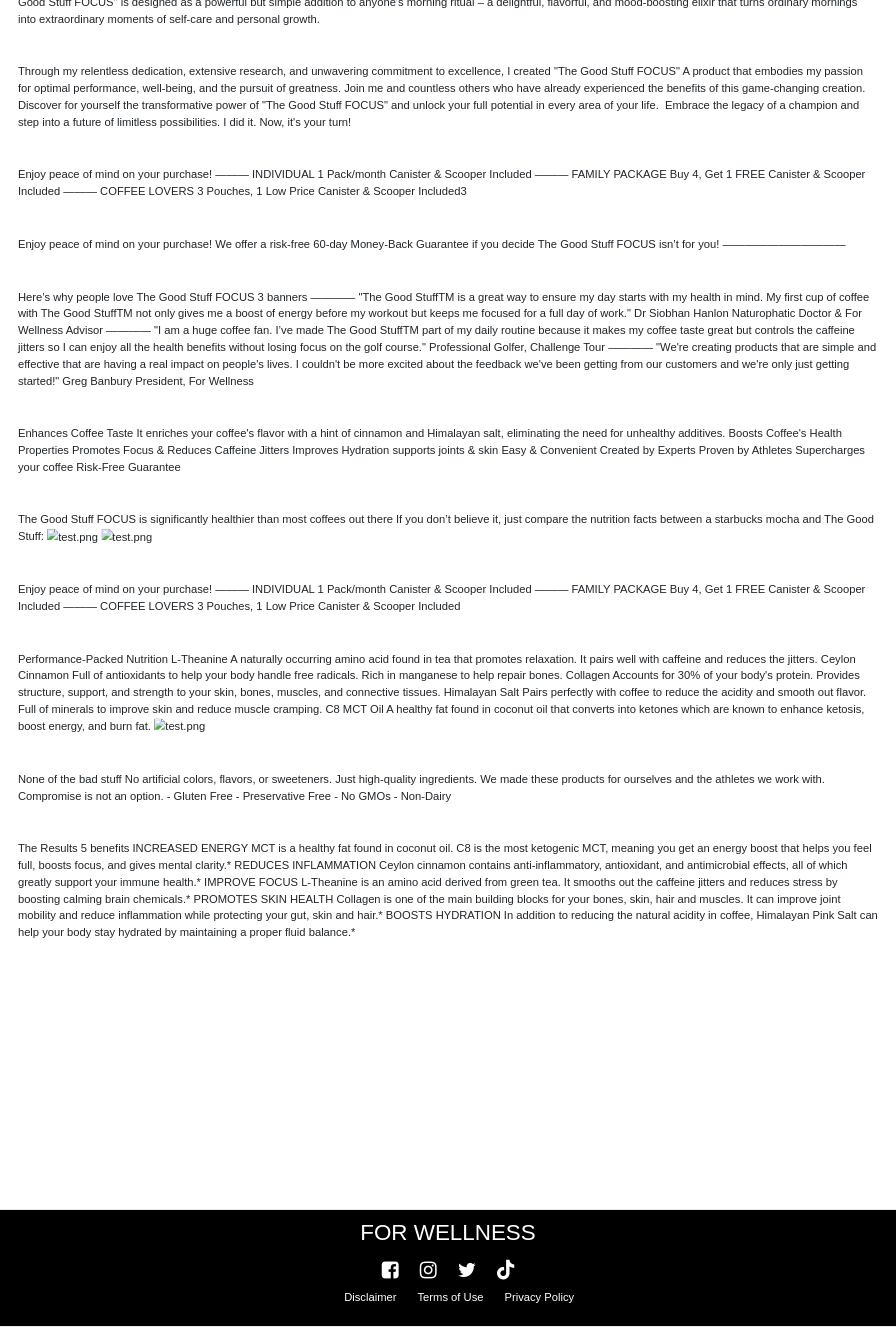
Repository: dariusprince90/wellness-landing
Page: index.html
The author's editor kept a copy of each file at every save. The page is drawn from the files as they stood at one save, then again after the next save.
The browser window is 1280 px wide. The pictures show the part of the page from y = 2778 to 4698 px (the page is 4673 px tall before and 4698 px after), at 70% of full size.

Above is the page before, as saved 2023-07-26 10:30:12.

### index.html
<!doctype html>
<html lang="en">

<head>
  <title>For Wellness Store</title>
  <!-- Required meta tags -->
  <meta charset="utf-8">
  <meta name="viewport" content="width=device-width, initial-scale=1, shrink-to-fit=no">

  <!-- Bootstrap CSS v5.2.1 -->
  <link href="https://cdn.jsdelivr.net/npm/bootstrap@5.2.1/dist/css/bootstrap.min.css" rel="stylesheet"
    integrity="sha384-iYQeCzEYFbKjA/T2uDLTpkwGzCiq6soy8tYaI1GyVh/UjpbCx/TYkiZhlZB6+fzT" crossorigin="anonymous">
    <link rel="stylesheet" href="https://cdnjs.cloudflare.com/ajax/libs/font-awesome/6.4.0/css/all.min.css" integrity="sha512-iecdLmaskl7CVkqkXNQ/ZH/XLlvWZOJyj7Yy7tcenmpD1ypASozpmT/E0iPtmFIB46ZmdtAc9eNBvH0H/ZpiBw==" crossorigin="anonymous" referrerpolicy="no-referrer" />
    <link rel="stylesheet" href="https://maxcdn.bootstrapcdn.com/font-awesome/4.7.0/css/font-awesome.min.css">
    <link rel="stylesheet" href="css/styles.css">


</head>

<body>
  <header>
    Urgent News for Coffee Lovers Across America

  </header>
  <main>

    <section class="s-001-text">

        The Healthy Coffee Creamer that will completely elevate your morning routine.


Could this decadent mocha creamer be the
secret to better Aging, Improved Energy Levels, and a Healthier Body Composition?


1st sales banners

Boosts Energy
and Burns Fat

Boost Focus,
Feel Fuller, and Obtain Mental Clarity


Supercharges the Natural Health Benefits of Your Coffee


Supports Joints,
Skin, and
Hair Health

    </section>
<br/>
<br/>

    <section class="s-002-text">

        “I can't believe this is actually good for me!”

- I shouted out after my first cup of The Good Stuff FOCUS...


———————————
If you're anything like me, you understand the sheer joy of that perfect cup of morning coffee, complete with a generous scoop of sugar and cream.

The aroma fills the air, that first sip tantalizes your taste buds, and a warm rush of satisfaction washes over you.

It's a routine we can all relate to, isn't it?

Now, when it comes to creamers, my weakness has always been those with a cocoa or chocolate flavor.

It takes that already divine experience and elevates it to new heights of indulgence.
    </section>

    <section class="s-003-text">

        But here's the catch—I've always felt a twinge of guilt
when giving in to my sweet tooth and adding those
extra scoops of cream and sugar to my coffee...

    </section>
    <section class="s-004-text">
        Deep down, I knew it wasn't the healthiest choice, yet I found myself doing it almost every morning

———————————


About a year ago, as I glanced at the scale, I realized it was time for a major change.

Despite considering myself fairly healthy, working out three times a week and making smarter food choices like opting for sweet potato fries over regular ones, I still couldn't shake off that stubborn belly fat and flabby arms.

It puzzled me.

How could I be putting in the effort to stay healthy but still struggle with 20-30 pounds of excess weight?

———————————


For as long as I can remember, my routine involved jogging to Starbucks in Naperville each morning, treating myself to either a grande Java Chip Frappuccino or a Venti Cafe Mocha as a reward for completing my run.

I always assumed these drinks were relatively healthy, no different from the coffee I made at home with cream and sugar.

That illusion shattered when I stumbled upon a Facebook post from one of my fit friends, exposing the alarming sugar content in Starbucks drinks.

Naturally, I was skeptical at first, but curiosity got the better of me. I visited Starbucks' website, and there it was—the nutrition label, revealing a shocking truth.
    </section>
    <section class="s-005-text">
        <img src=""/ alt="test.png">
        <img src=""/ alt="test.png">

    </section>
    <section class="s-006-text">
        I'm no nutritionist or personal trainer, but even I could see the red flags: nearly 60 grams of sugar, over 400 calories per drink, and a laundry list of unrecognizable ingredients like Xanthan Gum, Palm Kernel Oil, and Processed Alkali.

It was a wake-up call.

I realized my health was gradually deteriorating, and there was a reason I couldn't shed that stubborn belly fat, or as I affectionately called it, my built-in flotation device.
———————————


But it wasn't just the weight gain—I began noticing
random bumps and wrinkles on my skin, and my hair
seemed to be thinning by the month.
———————————


Aging, I thought, until I considered the possibility that there might be more to it.

Refusing to accept my fate of carrying around those extra pounds and experiencing premature aging, I embarked on a mission to find a solution.

I scoured the internet for a way to maintain my beloved chocolate coffee morning routine without compromising two things:
———————————


The 2 buttons

The delicious taste of my coffee

And my overall well-being
    </section>

    <section class="s-007-text">

After days of intensive research,
I stumbled upon a unique product
called "The Good Stuff FOCUS"


Created by none other than professional golfer Phil Mickelson and his long-term friend and elite performance coach, Dave Phillips.

It promised to be a healthy alternative to the additional 500 calories
I was consuming each morning in my coffee.

Curiosity piqued, I decided to take the plunge and ordered a
bag—and let me tell you,

I haven't looked back since.



Dave PhillipsElite Performance Coach
& For Wellness Co-founder
    </section>

    <section class="s-008-text">
        <img src="" alt="test.png"/>
        <img src="" alt="test.png"/>
        <img src="" alt="test.png"/>

        The results have been astounding!

3 banners

My productivity has
drastically improved…

My workouts are stronger
and more efficient..

My daily energy has
noticeably improved.

The best part?

I didn't have to sacrifice the heavenly taste I love
in order to become healthier!

It's a win-win situation that has me hooked for life.

    </section>
    <section class="s-009-text">
        <img src="" alt="test.png"/>
    </section>
    <section class="s-010-text">
        We hear stories like this all the time from our customers and
I’d like to dive a bit deeper into


Why The Good Stuff™ FOCUS is such a powerful
tool when it comes to optimizing health, focus,
and a better quality of life


Before I share with you a bit more about
The Good Stuff™ FOCUS, I’d like to tell you a little bit about me and why I created this life changing product that has propelled me to:

3 benefits

Take my health from getting sick every couple of months to 100%

Achieve tied 2nd place at the Masters tournament this year, at the age of 52 (17 years older than the first place winner!)


Feel the best I have in years

And so much more.

<img src="" alt="test.png"/>
Phil MickelsonElite Performance Coach
& For Wellness Co-founder
    </section>

    <section class="s-011-text">
        Hey there, I'm Phil Mickelson
        <img src="" alt="test.png"/>

If you're a fan of professional golf, chances are you've heard my name before.

But for those who don't know me, let me introduce myself.

I've dedicated most of my life to playing golf at the highest level, constantly striving for greatness and pushing my limits.

Throughout my journey, I've accomplished some incredible feats with the help of hard work and an incredible support system.

I take pride in being a three-time Masters tournament champion, along with clinching victory in 42 other major PGA Tour events, including being the oldest winner of the PGA Championship at the age of 51 in 2021.

Of course, there have been moments of near-misses and runner-ups, but that's all part of the game.

However, there's more to my story than golf championships.

    </section>


    <section class="s-012-text">
        I've undergone a personal transformation
that has had a profound impact on my life

It all started with a realization that I needed to take accountability for my own health if
I wanted any chance at longevity in my golf career.

This sparked my desire to share my journey and help others unlock their full potential.

And that's how For Wellness came to be—a company with a mission to ignite holistic improvement, not just in performance, but in overall well-being.
    </section>

    <section class="s-013-text">
        But let me take you back to a critical moment
in my life, around 13 years ago.

At the time, I was at the pinnacle of my career.

On the surface, it seemed like I had it all—a promising golfing future and a path to winning my third Masters title.

But behind the scenes, something sinister was brewing.

Every 2-3 months I would fall incredibly ill seemingly out of nowhere.

It was a terrifying situation that sent me searching for answers.
———————————

Following countless doctor visits and consultations with world renowned medical specialists we discovered that my immune system was under attack due to a major imbalance in my Th1 and Th2 cells.

This was following my diagnosis of psoriatic arthritis which was a major issue given that I rely on my body and health in order to keep living out my passions.

———————————

Now, if you're unfamiliar with psoriatic arthritis, consider yourself fortunate.

Psoriatic arthritis is an agonizing autoimmune disease, in which your body's immune system attacks healthy cells and tissue, causing inflammation in your joints.

Not only is it extremely painful, but psoriatic arthritis also causes stiffness in joints.

As a professional sportsman, my entire career, everything I'd spent decades working toward, was in jeopardy.


It was a life-altering moment that forced me
to confront my health head-on.

———————————

But I wasn't ready to let my condition dictate my future.

I embarked on a relentless quest to find a solution, exploring various treatments and seeking advice from top specialists.

It was during this journey that I discovered the power of holistic approaches to wellness—combining the right nutrition, lifestyle adjustments, and targeted support for my body's needs.

The biggest factor that we discovered in my case was that I needed to increase my Th2 cell production.


    </section>


    <section class="s-014-text">
        Driven by my own experiences and the desire to help others
facing similar challenges,


I became determined to create a product
that could enhance not only performance but overall well-being


I consulted my close friend and renowned performance coach Dave Phillips. He’s long been an advocate for the health benefits of coffee, and he whipped up what would go on to become The Good Stuff™, the first iteration of our super-powered super powder designed to help and feel your best.

Dave literally came up with this blend while experimenting in his kitchen and came up with something truly life-changing. After the success of The Good Stuff™, we started thinking about what other utility we wanted from our coffee, to help people get not only the best from their bodies, but from their minds as well.

Dave Phillips & Elite Performance Coach
& For Wellness Co-founder
    </section>
    <section class="s-015-text">
        "The Good Stuff FOCUS”
        was born out of this vision


        A carefully crafted formula that combines
        the best natural ingredients to:

        4 benefits

        - Boost Focus and Mental Clarity,

        - Increase Energy,

        - Combats Inflammation,

        - Promotes joint, skin, and hair health

    </section>
    <section class="s-016-text">
        Through my own personal journey, I've learned that even in the face of adversity, transformation is possible.

I ditched the bad stuff, overhauled my diet and exercise regime, and I’ve never looked back.

Today, I stand before you as living proof that embracing a holistic approach to wellness can have a profound impact on our lives.

There is a reason The Good Stuff FOCUS is my secret weapon for peak performance, enhanced concentration, and a winning edge in everything I do.

    </section>

    <section class="s-017-text">
        Let me share with you the story
behind its creation


———————————
———————————

Fueling My Success

As a professional golfer, I understand the importance of optimal physical and mental well-being in achieving greatness on and off the course.

Along with my close friend and top performance coach, Dave Phillips, I realized that I needed a tool that could provide sustained energy, enhance focus, and promote a positive mindset – all essential elements for peak performance.

———————————
———————————
Unleashing Natural Energy

I was determined to create a solution that didn't rely on artificial stimulants or short-lived energy boosts.

Instead, I wanted to harness the power of natural ingredients to provide a sustained and balanced lift in energy.

I wanted individuals to operate at their best without the jitters or crashes often associated with traditional energy drinks or coffee.


———————————
———————————
Mood-Boosting Magic

I recognized the significant impact of mood on our daily lives.

That's why I set out to develop a product that could uplift spirits, reduce stress, and promote a positive outlook.

I wanted to create a mood-enhancing experience that would empower individuals to face challenges with resilience, optimism, and unwavering determination.

———————————
———————————
Elevating the Morning Ritual

I understood the importance of a well-crafted morning routine in setting the tone for the entire day.

That's why "The Good Stuff FOCUS" is designed as a powerful but simple addition to anyone's morning ritual – a delightful, flavorful, and mood-boosting elixir that turns ordinary mornings into extraordinary moments of self-care and personal growth.

    </section>

    <section class="s-018-text">
        Through my relentless dedication,
extensive research, and unwavering commitment to excellence, I created "The Good Stuff FOCUS"

A product that embodies my passion for optimal performance,
well-being, and the pursuit of greatness.


Join me and countless others who have already experienced the benefits of this game-changing creation.

Discover for yourself the transformative power of "The Good Stuff FOCUS" and unlock your full potential in every area of your life.

Embrace the legacy of a champion and step into a future of limitless possibilities.


I did it. Now, it's your turn!
    </section>
    <section class="s-019-text">
        Enjoy peace of mind on your purchase!

———
INDIVIDUAL
1 Pack/month
Canister & Scooper Included
———
FAMILY PACKAGE
Buy 4, Get 1 FREE

Canister & Scooper Included

———
COFFEE LOVERS

3 Pouches, 1 Low Price


Canister & Scooper Included3
    </section>
    <section class="s-020-text">
        Enjoy peace of mind on your purchase!

We offer a risk-free 60-day
Money-Back Guarantee if you decide
The Good Stuff FOCUS isn’t for you!

———————————
</section>
<section class="s-021-text">
Here’s why people love The Good Stuff FOCUS

3 banners
————
"The Good StuffTM is a great way to ensure my day starts with my health in mind.
My first cup of coffee with The Good StuffTM not only gives me a boost of energy before my workout but keeps me focused for a full day of work."

Dr Siobhan Hanlon
Naturophatic Doctor & For Wellness Advisor


————
"I am a huge coffee fan. I’ve made The Good StuffTM part of my daily routine because it makes my coffee taste great but controls the caffeine jitters so I can enjoy all the health benefits without losing focus on the golf course."

Professional Golfer, Challenge Tour

————
"We're creating products that are simple and effective that are having a real impact on people's lives. I couldn't be more excited about the feedback we've been getting from our customers and we're only just getting started!"

Greg Banbury
President, For Wellness
</section>

<section class="s-022-text">
        Enhances Coffee Taste

	It enriches your coffee's flavor with a hint of cinnamon and Himalayan salt, eliminating the need for unhealthy additives.


Boosts Coffee's Health Properties


Promotes Focus & Reduces Caffeine Jitters

Improves Hydration


supports joints & skin

Easy & Convenient


Created by Experts


Proven by Athletes


Supercharges your coffee


Risk-Free Guarantee

    </section>

    <section class="s-023-text">
        The Good Stuff FOCUS is significantly healthier
than most coffees out there

If you don’t believe it, just compare the nutrition facts between
a starbucks mocha and The Good Stuff:

<img src="" alt="test.png"/>
<img src="" alt="test.png"/>

    </section>
    <section class="s-024-text">
        Enjoy peace of mind on your purchase!
———
INDIVIDUAL
1 Pack/month
Canister & Scooper Included
———
FAMILY PACKAGE
Buy 4, Get 1 FREE

Canister & Scooper Included

———
COFFEE LOVERS

3 Pouches, 1 Low Price


Canister & Scooper Included
    </section>
    <section class="s-025-text">
        Performance-Packed Nutrition

L-Theanine

A naturally occurring amino acid found in tea that promotes relaxation. It pairs well with caffeine and reduces the jitters.


Ceylon Cinnamon


Full of antioxidants to help your body handle free radicals. Rich in manganese to help repair bones.


Collagen

Accounts for 30% of your body's protein. Provides structure, support, and strength to your skin, bones, muscles, and connective tissues.


Himalayan Salt

Pairs perfectly with coffee to reduce the acidity and smooth out flavor. Full of minerals to improve skin and reduce muscle cramping.


C8 MCT Oil

A healthy fat found in coconut oil that converts into ketones which are known to enhance ketosis, boost energy, and burn fat.
<img src="" alt="test.png"/>
    </section>
    <section class="s-026-text">
        None of the bad stuff

No artificial colors, flavors, or sweeteners. Just high-quality ingredients. We made these products
for ourselves and the athletes we work with. Compromise is not an option.


-
Gluten Free

-
Preservative Free

-
No GMOs

-
Non-Dairy
    </section>

    <section class="s-027-text">

The Results

5 benefits

INCREASED ENERGY

MCT is a healthy fat found in coconut oil. C8 is the most ketogenic MCT, meaning you get an energy boost that helps you feel full, boosts focus, and gives mental clarity.*

REDUCES INFLAMMATION


Ceylon cinnamon contains
anti-inflammatory, antioxidant, and antimicrobial effects, all of which greatly support your immune health.*


IMPROVE FOCUS



L-Theanine is an amino acid derived from green tea. It smooths out the caffeine jitters and reduces stress by boosting calming brain chemicals.*


PROMOTES SKIN HEALTH


Collagen is one of the main building blocks for your bones, skin, hair and muscles. It can improve joint mobility and reduce inflammation while protecting your gut, skin and hair.*


BOOSTS HYDRATION


In addition to reducing the natural acidity in coffee, Himalayan Pink Salt can help your body stay hydrated by maintaining a proper fluid balance.*

    </section>

    <section class="s-028-text">
    </section>
    <section class="s-029-text">
    </section>
    <section class="s-030-text">
    </section>
    <section class="s-031-text">
    </section>

    <section class="s-032-text">
    </section>

    <section class="s-00#-text">
    </section>
    <section class="s-00#-text">
    </section>


  </main>
  <footer>
    <h2>
        FOR WELLNESS
    </h2>
    <span>
        <i class="fa fa-facebook-square soclmd" aria-hidden="true"></i>
        <i class="fa fa-instagram soclmd" aria-hidden="true"></i>
        <i class="fa fa-twitter soclmd" aria-hidden="true"></i>
        <i class="fa-brands fa-tiktok soclmd"></i>


    </span>

    <span>
        <ul>
            <li>Disclaimer</li>
            <li>Terms of Use</li>
            <li>Privacy Policy</li>

        </ul>

    </span>



  </footer>
  <!-- Bootstrap JavaScript Libraries -->
  <script src="https://cdn.jsdelivr.net/npm/@popperjs/core@2.11.6/dist/umd/popper.min.js"
    integrity="sha384-oBqDVmMz9ATKxIep9tiCxS/Z9fNfEXiDAYTujMAeBAsjFuCZSmKbSSUnQlmh/jp3" crossorigin="anonymous">
  </script>

  <script src="https://cdn.jsdelivr.net/npm/bootstrap@5.2.1/dist/js/bootstrap.min.js"
    integrity="sha384-7VPbUDkoPSGFnVtYi0QogXtr74QeVeeIs99Qfg5YCF+TidwNdjvaKZX19NZ/e6oz" crossorigin="anonymous">
  </script>
</body>

</html>

### css/styles.css
@import url('https://fonts.googleapis.com/css2?family=Lato:wght@900&display=swap');



body, footer, header {
    font-family: 'Poppins', sans-serif;
}

header {
    font-family: 'Poppins', sans-serif;
    font-weight: 500;
}

footer, header, .s-012-text {
    background-color: #000000;
    color: #ffffff;
    text-align: center;
}

footer, header {
    padding: 1vw;
}

footer {
    bottom: 0;
    position: static;
}

ul li,
li {
    text-decoration: none;
    display: inline;
    padding: 1vw;
}

section {
    padding: 2vw;
}

.soclmd {
    font-size: 2.2vw;
    padding: 1vw;

}


/*
----------------------------------------------------------------
                Section styles
----------------------------------------------------------------
*/

.s-001-text {
        text-emphasis: none;
}

.s-002-text {
    text-emphasis: none;
}

.s-003-text {
    text-emphasis: none;
}

.s-004-text {
    text-emphasis: none;
}

.s-005-text {
    text-emphasis: none;
}

.s-006-text {
    text-emphasis: none;
}


.s-007-text {
    text-emphasis: none;
}

.s-008-text {
    text-emphasis: none;
}

.s-009-text {
    text-emphasis: none;
}

.s-010-text {
    text-emphasis: none;
}

.s-011-text {
    text-emphasis: none;
}

.s-012-text {
    text-emphasis: none;
}

.s-013-text {
    text-emphasis: none;
}

.s-014-text {
    text-emphasis: none;
}

.s-015-text {
    text-emphasis: none;
}

.s-016-text {
    text-emphasis: none;
}


.s-017-text {
    text-emphasis: none;
}

.s-018-text {
    text-emphasis: none;
}

.s-019-text {
    text-emphasis: none;
}

.s-020-text {
    text-emphasis: none;
}

.s-021-text {
    text-emphasis: none;
}


.s-022-text {
    text-emphasis: none;
}

.s-023-text {
    text-emphasis: none;
}

.s-024-text {
    text-emphasis: none;
}

.s-025-text {
    text-emphasis: none;
}

.s-026-text {
    text-emphasis: none;
}


.s-027-text {
    text-emphasis: none;
}

.s-028-text {
    text-emphasis: none;
}

.s-029-text {
    text-emphasis: none;
}

.s-030-text {
    text-emphasis: none;
}

.s-00#-text {
    text-emphasis: none;
}



.s-00#-text {
    text-emphasis: none;
}

.s-00#-text {
    text-emphasis: none;
}

After the next save:
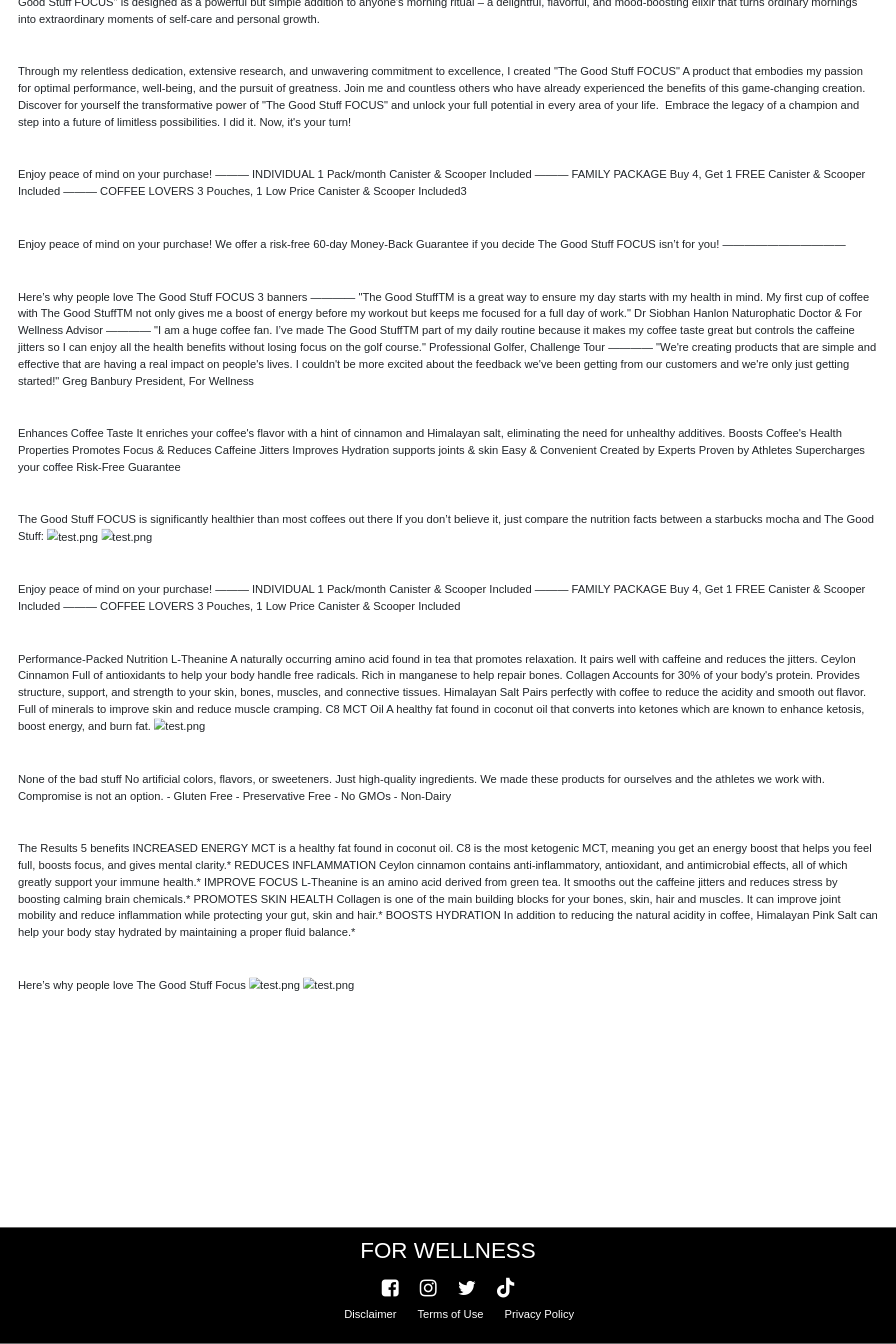
Saved 51 s later.
--- a/index.html
+++ b/index.html
@@ -612,6 +612,9 @@
     </section>
 
     <section class="s-028-text">
+        Here’s why people love The Good Stuff Focus
+        <img src="" alt="test.png"/>
+        <img src="" alt="test.png"/>
     </section>
     <section class="s-029-text">
     </section>
